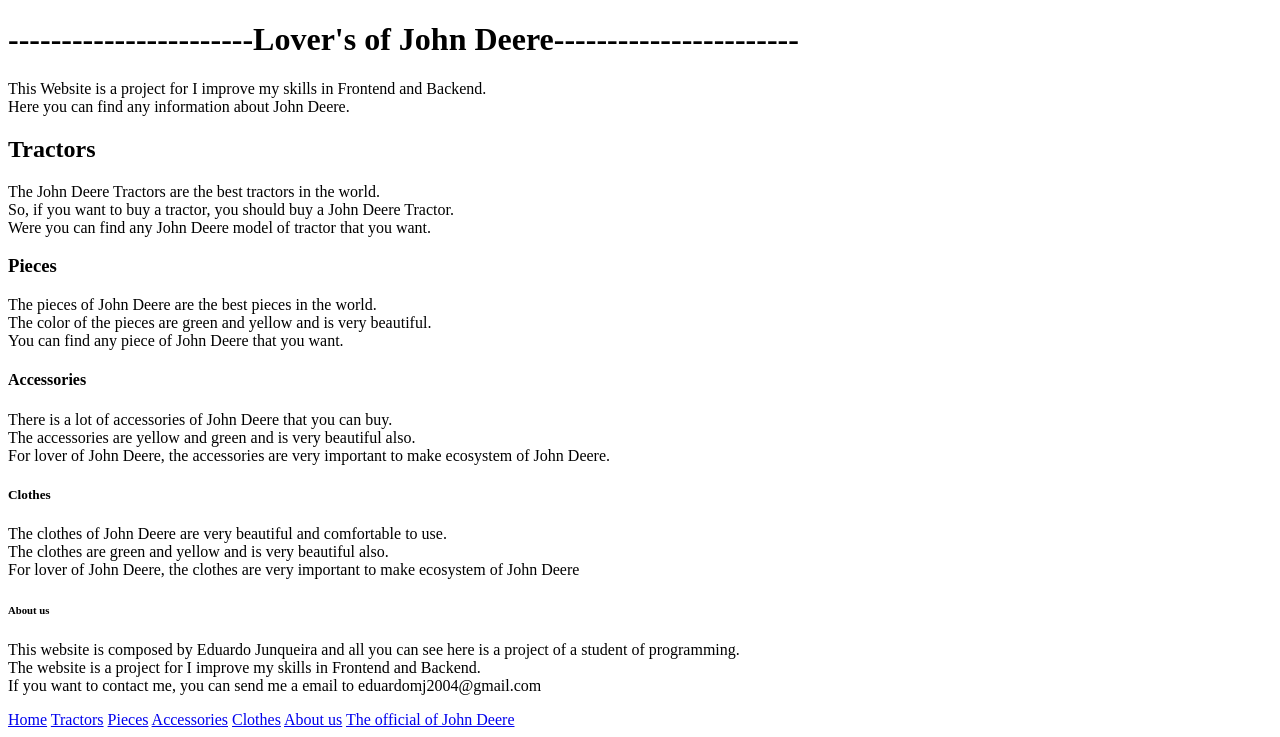
Repository: EduardoJunqueira2004/WEBJohnDeere
Page: index.html
An editor plug-in stored every save of this project. The page is shown before and after a run of saves, followed by the edit.
The browser window is 1280 px wide. The pictures show the whole page.

Above is the page before, as saved 2024-12-05 11:36:00.

### index.html
<!DOCTYPE html>
<html lang="en">
<head>
    <meta charset="UTF-8">
    <meta name="viewport" content="width=device-width, initial-scale=1.0">
    <title>Index.html</title>
</head>
<body>
    <!--heder1-->
    <h1>-----------------------<strong>Lover's of John Deere</strong>-----------------------</h1>
    <p>
        This Website is a project for I improve my skills in Frontend and Backend.<br>
        Here you can find any information about John Deere.
    </p>
    <!--heder2-->
    <h2>Tractors</h2>
    <p>
        The John Deere Tractors are the best tractors in the world.<br>
        So, if you want to buy a tractor, you should buy a John Deere Tractor.<br>
        Were you can find any John Deere  model of tractor that you want.
    </p>
    <!--heder3-->
    <h3>Pieces</h3>
    <p>
        The pieces of John Deere are the best pieces in the world.<br>
        The color of the pieces are green and yellow and is very beautiful.<br>
        You can find any piece of John Deere that you want.
    </p>
    <!--heder4-->
    <h4>Accessories</h4>
    <p>
        There is a lot of accessories of John Deere that you can buy.<br>
        The accessories are yellow and green and is very beautiful also.<br>
        For lover of John Deere, the accessories are very important to make ecosystem of John Deere.
    </p>
    <!--heder5-->
    <h5>Clothes</h5>
    <p>
        The clothes of John Deere are very beautiful and comfortable to use.<br>
        The clothes are green and yellow and is very beautiful also.<br>
        For lover of John Deere, the clothes are very important to make ecosystem of John Deere
    </p>
    <!--heder6-->
    <h6>About us</h6>
    <p>
        This website is  composed by Eduardo Junqueira and all you can see here is a project of a student of programming.<br>
        The website is a project for I improve my skills in Frontend and Backend.<br>
        If you want to contact me, you can send me a email to eduardomj2004@gmail.com<br>
    </p>
    <!--Final of the page-->
    <footer>
        <a href="index.html">Home</a>
        <a href="tractors.html">Tractors</a>
        <a href="pieces.html">Pieces</a>
        <a href="accessories.html">Accessories</a>
        <a href="clothes.html">Clothes</a>
        <a href="aboutus.html">About us</a>
        <a href="https://www.deere.com/en/"> The official of John Deere</a>
    </footer>
</body>
</html>

After the next 9 saves:
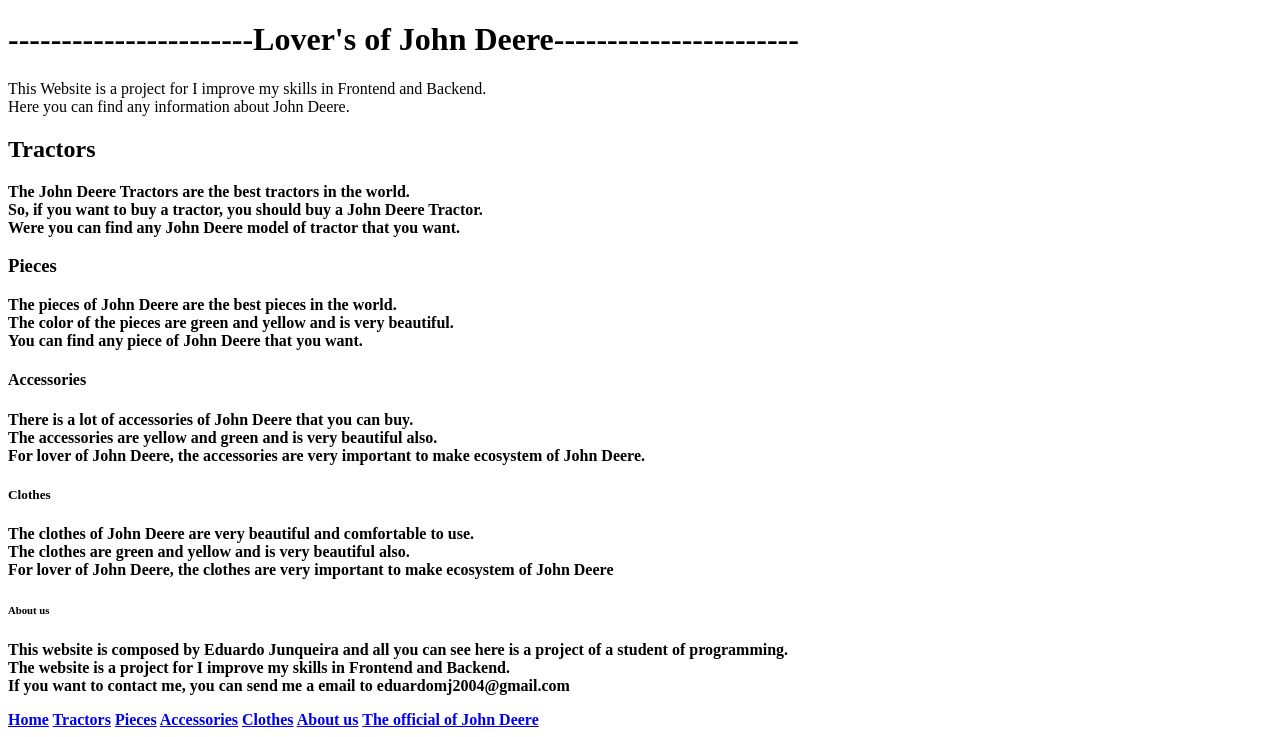
The 9 saves are shown as one change because they came seconds apart.
The last was saved 27 s later.
--- a/index.html
+++ b/index.html
@@ -13,14 +13,14 @@
         Here you can find any information about John Deere.
     </p>
     <!--heder2-->
-    <h2>Tractors</h2>
+    <h2><strong>Tractors<strong></h2>
     <p>
         The John Deere Tractors are the best tractors in the world.<br>
         So, if you want to buy a tractor, you should buy a John Deere Tractor.<br>
         Were you can find any John Deere  model of tractor that you want.
     </p>
     <!--heder3-->
-    <h3>Pieces</h3>
+    <h3><strong>Pieces</h3>
     <p>
         The pieces of John Deere are the best pieces in the world.<br>
         The color of the pieces are green and yellow and is very beautiful.<br>
